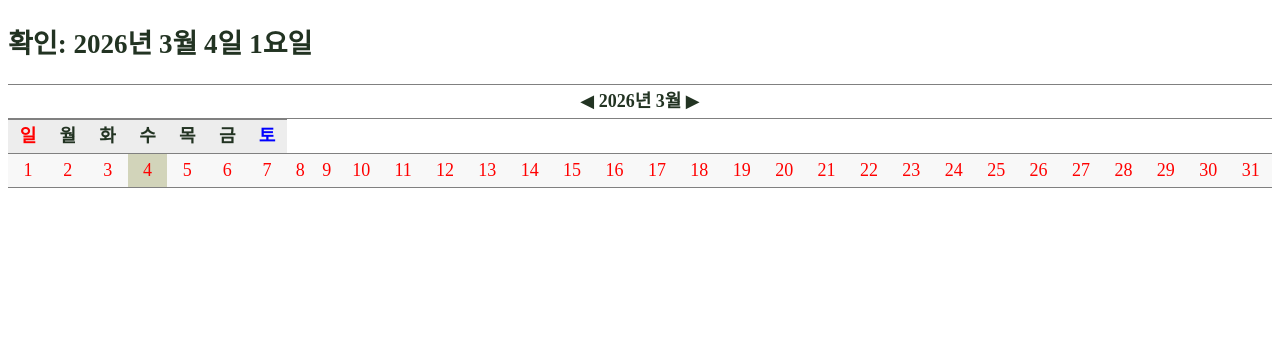
Repository: god5228god/Jsp
Page: http://localhost/WebApp06/SendAndReceive12_1.jsp
An editor plug-in stored every save of this project. The page is shown before and after a run of saves, followed by the edit.
The browser window is 1280 px wide. The pictures show the whole page.
The page is served by Tomcat 9.

Above is the page before, as saved 2026-03-04 08:23:59.

### WebApp06/WebContent/SendAndReceive12_1.jsp
<%@page import="java.util.Calendar"%>
<%@ page contentType="text/html; charset=UTF-8"%>
<%

	// 달력 객체 생성
	Calendar cal = Calendar.getInstance();

	// 오늘의 날짜 확인
	int nowYear = cal.get(Calendar.YEAR);
	int nowMonth = cal.get(Calendar.MONTH)+1;
	int nowDay = cal.get(Calendar.DAY_OF_WEEK);

	// 표시할 달력의 연, 월 구성
	int year = nowYear;
	int month = nowMonth;

	// 최초 요청이 아니라면 어떻게 할지 처리

	// 이전
	int preYear = year;
	int preMonth = month-1;

	if(preMonth<1){
		preYear = year-1;
		preMonth = 12;
	}

	// 다음
	int nextYear = year;
	int nextMonth = month+1;

	if(nextMonth>12){
		nextYear = year+1;
		nextMonth = 1;
	}

	// 표시할 달력 세팅
	cal.set(year, month-1, 1);
	int startDay = 1;

	// 해당 연, 월의 마지막 날짜 구하기
	int endDay = cal.getActualMaximum(Calendar.DAY_OF_MONTH);

	// 요일 확인
	int week = cal.get(Calendar.DAY_OF_WEEK);



%>
<!DOCTYPE html>
<html>
<head>
<meta charset="UTF-8">
<title>SendAndReceive12_1.jsp</title>
<link rel="stylesheet" type="text/css" href="css/main.css" />
<style type="text/css">
a{text-decoration: none;}
td{text-align: center;}
</style>
</head>
<body>
<h2>확인: <%=nowYear %>년 <%=nowMonth %>월 <%=nowDay %>일 <%= week %>요일</h2>
<div>
	<table class="table" style="text-align: center;">
		<tr>
			<td>
				<a href="">◀</a>

				<!-- <b>2026년 3월</b> -->
				<b><%=year %>년 <%=month %>월</b>

				<a href="">▶</a>
			</td>
		</tr>
	</table>
	<table class="table">
		<tr>
			<th style="background-color:#ededed; color:red;">일</th>
			<th style="background-color:#ededed;">월</th>
			<th style="background-color:#ededed;">화</th>
			<th style="background-color:#ededed;">수</th>
			<th style="background-color:#ededed;">목</th>
			<th style="background-color:#ededed;">금</th>
			<th style="background-color:#ededed; color:blue;">토</th>
		</tr>
		<%
			int newLine = 0;	// check

			out.print("<tr>");
			for(int i = 1; i< week; i++){
				out.print("<td style='background-color: #f8f8f8;'>&nbsp;</td>");
				newLine++; // chec
			}
			for(int i=startDay; i<=endDay; i++){
				String fontColor = (newLine==0)?"red" : (newLine==6) ? "blue" : "white";
				String bgColor = (nowYear==year)&&(nowMonth==month)&&(nowDay==i)? "#d2d4ba" : "#f8f8f8";

				out.print("<td style='background-color: " + bgColor + "'><span style='color:" + fontColor + "'>"+i+"</td>");

			}

		%>
	</table>

</div>
</body>
</html>

### WebApp06/WebContent/css/main.css
@charset "UTF-8";

*
{
	color: #223322;
	font-family: 나눔고딕코딩;
}

body, p, div, span, input, table, th, td, select
{
	font-size: 18px;
}

.control
{
	border: 1px solid gray;
	border-radius: 3px ;
}

.table
{
	border-collapse: collapse;
	width: 100%;
}

.table th, .table td
{
	border: 1px solid gray;
	border-left: 0;
	border-right: 0;
	padding: 3px;
	line-height: 150%;
}

.table th
{
	font-weight: bold;
	background-color: #eee;
}

.btn
{
	font-weight: bold;
	font-family: 맑은 고딕;

}

.btn:hover
{
	color: #fff;
	background-color: #778877;
}
input[type="text"]:focus
{
	background-color: #dcfccf;
}

After the next 2 saves:
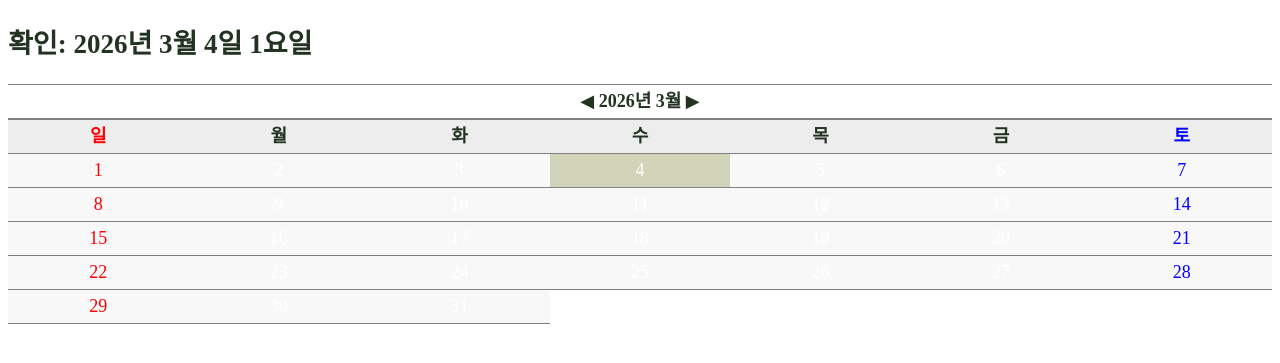
The 2 saves are shown as one change because 1 did not build or start.
The last was saved 2 min 21 s later.
--- a/WebApp06/WebContent/SendAndReceive12_1.jsp
+++ b/WebApp06/WebContent/SendAndReceive12_1.jsp
@@ -92,11 +92,16 @@ td{text-align: center;}
 				newLine++; // chec
 			}
 			for(int i=startDay; i<=endDay; i++){
-				String fontColor = (newLine==0)?"red" : (newLine==6) ? "blue" : "white";
+				String fontColor = (newLine==0)? "red" : (newLine==6) ? "blue" : "white";
 				String bgColor = (nowYear==year)&&(nowMonth==month)&&(nowDay==i)? "#d2d4ba" : "#f8f8f8";
 
 				out.print("<td style='background-color: " + bgColor + "'><span style='color:" + fontColor + "'>"+i+"</td>");
+				newLine++;
 
+				if(newLine==7 && i!=endDay){
+					out.print("</tr><tr>");
+					newLine = 0;
+				}
 			}
 
 		%>
